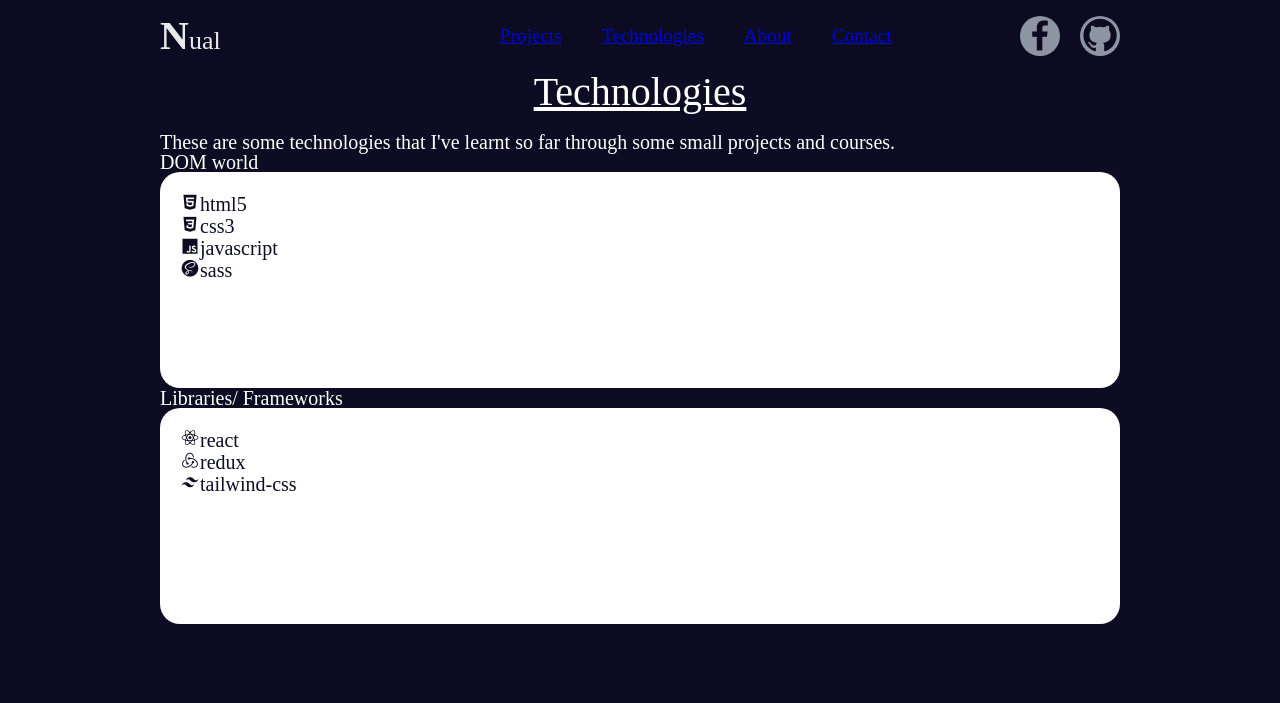
Repository: luanhoang0902/profile-react
Page: /Technologies
An editor plug-in stored every save of this project. The page is shown before and after the next save, followed by the edit.
The browser window is 1280 px wide. The pictures show the whole page.
The project was rebuilt for these pictures with package versions that can differ from the ones it lists, and the page was loaded fresh each time. Also part of the build but not shown: src/css/Projects.css, src/features/Projects.jsx, src/css/About.css, src/features/About.jsx, src/css/Contact.css, src/features/Contact.jsx.

Above is the page before, as saved 2022-05-22 12:23:39.

After the next save:
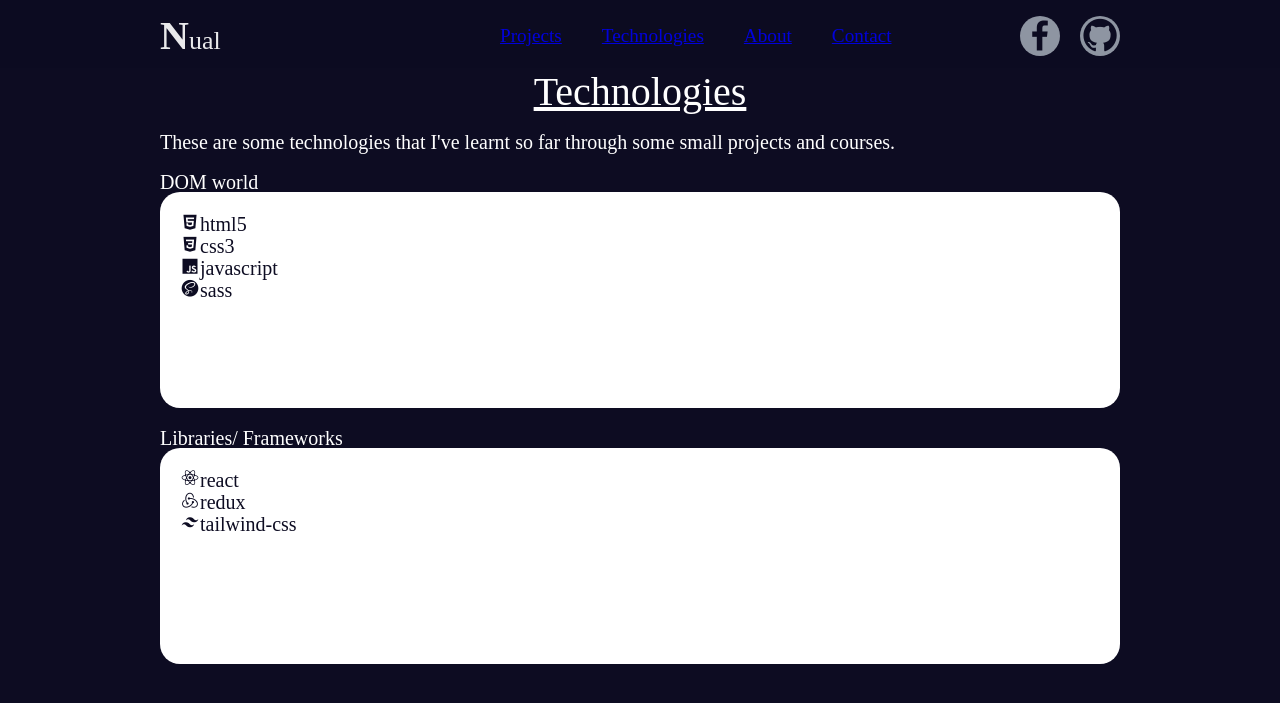
Saved 5 s later.
--- a/src/css/Technologies.css
+++ b/src/css/Technologies.css
@@ -20,7 +20,7 @@
     text-align: left;
 }
 .technologies__content-1,
-..technologies__content-2 {
+.technologies__content-2 {
     margin-top: 20px;
 }
 .technologies__content-item1,
